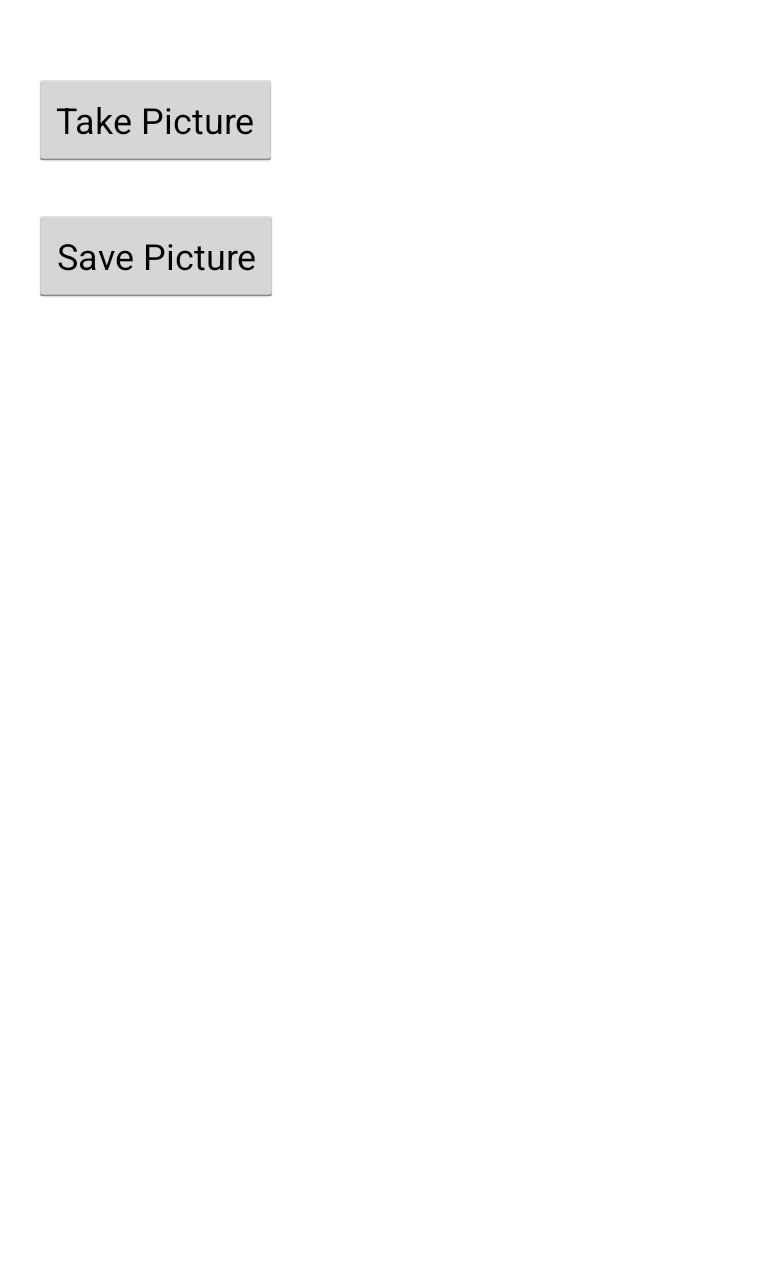
Repository: jellydiamonds/Proto
Layout: Android/Camera/res/layout/activity_main.xml
These files come from the project's save history. The layout is drawn as it stood at one moment and after the next save; the edit follows.
It is drawn on a 768 x 1280 px phone screen (xhdpi) without system bars, with theme AppTheme; the app's code is not run.

Above is the layout before, as saved 2014-03-20 14:58:11.

### Android/Camera/res/layout/activity_main.xml
<RelativeLayout xmlns:android="http://schemas.android.com/apk/res/android"
    xmlns:tools="http://schemas.android.com/tools"
    android:layout_width="match_parent"
    android:layout_height="match_parent"
    android:paddingBottom="@dimen/activity_vertical_margin"
    android:paddingLeft="@dimen/activity_horizontal_margin"
    android:paddingRight="@dimen/activity_horizontal_margin"
    android:paddingTop="@dimen/activity_vertical_margin"
    tools:context=".MainActivity" >

    <LinearLayout
        android:id="@+id/layout1"
        android:layout_width="match_parent"
        android:layout_height="match_parent"
        android:orientation="horizontal" >

        <LinearLayout
             android:id="@+id/layout2"
            android:layout_width="wrap_content"
            android:layout_height="wrap_content"
            android:orientation="vertical" >

        	<Button
            	android:id="@+id/button1"
            	android:layout_width="wrap_content"
            	android:layout_height="wrap_content"
            	android:layout_marginTop="20dp"
            	android:text="Take Picture" />

        	<Button
            	android:id="@+id/button2"
            	android:layout_width="wrap_content"
            	android:layout_height="wrap_content"
            	android:layout_marginTop="20dp"
            	android:text="Save Picture"/>

        </LinearLayout>

        <ImageView
            android:id="@+id/imageView1"
            android:layout_width="wrap_content"
            android:layout_height="wrap_content"
            android:layout_marginTop="95dp"
            android:contentDescription="Image taken" />

    </LinearLayout>

</RelativeLayout>

Loaded but not shown: Android/Camera/res/values/styles.xml (common file); Android/Camera/res/values-v11/styles.xml (common file); Android/Camera/res/values-v14/styles.xml (common file); Android/Camera/res/values/dimens.xml (common file)

After the next save:
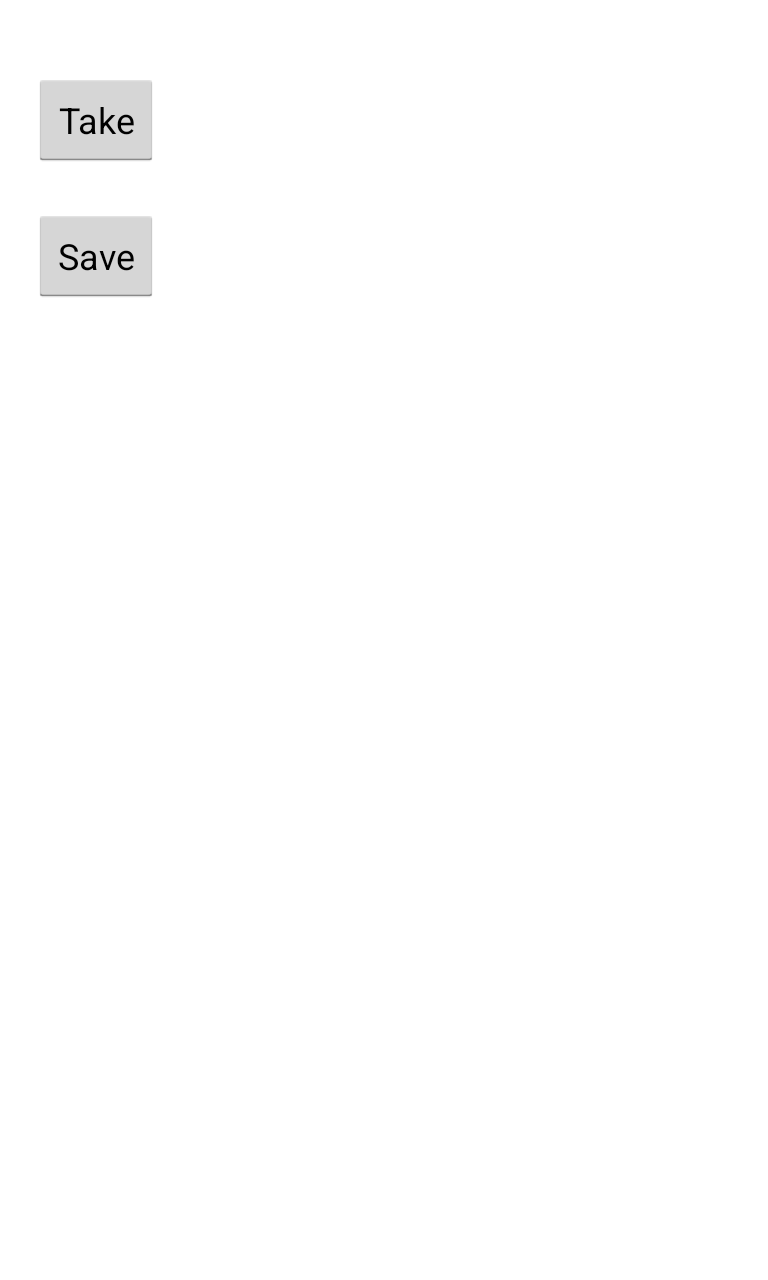
Saved 71 s later.
--- a/Android/Camera/res/layout/activity_main.xml
+++ b/Android/Camera/res/layout/activity_main.xml
@@ -25,14 +25,14 @@
             	android:layout_width="wrap_content"
             	android:layout_height="wrap_content"
             	android:layout_marginTop="20dp"
-            	android:text="Take Picture" />
+            	android:text="Take" />
 
         	<Button
             	android:id="@+id/button2"
             	android:layout_width="wrap_content"
             	android:layout_height="wrap_content"
             	android:layout_marginTop="20dp"
-            	android:text="Save Picture"/>
+            	android:text="Save"/>
 
         </LinearLayout>
 
